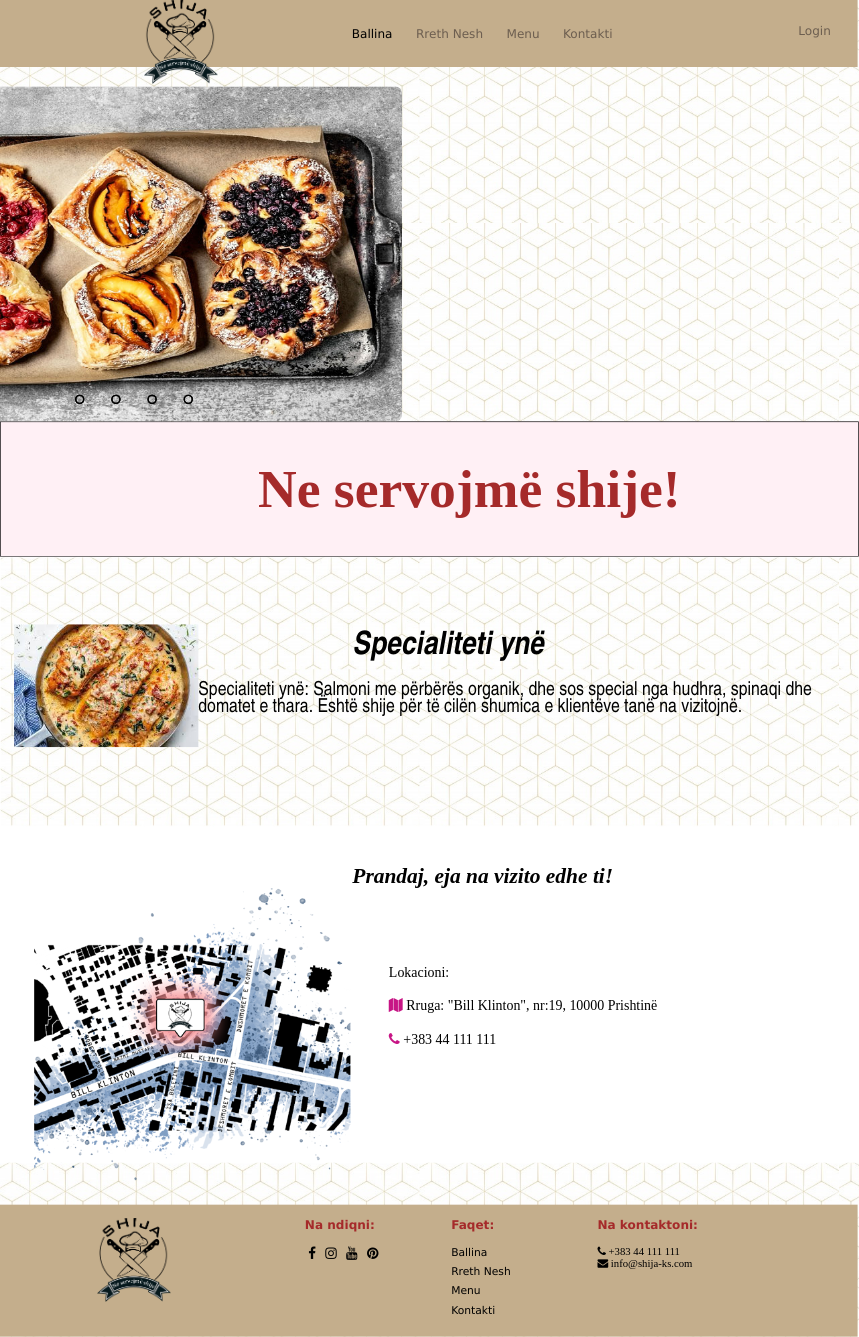
Repository: bs47892/ProjektiWeb-Shija2020
Page: shija.html
The author's editor kept a copy of each file at every save. The page is drawn from the files as they stood at one save, then again after the next save.
The browser window is 1280 px wide. The page is 1282 px wide, so the pictures cover 1282 px, including what lies to the right of the window. The pictures show the whole page, at 67% of full size.

Above is the page before, as saved 2021-02-11 23:12:07.

### shija.html
<!DOCTYPE html>
<html lang="en" dir="ltr">
    <head>
        <meta charset="utf-8">
<title> Restaurant Shija </title>
<link rel="stylesheet" type="text/css" href ="style.css">
<link rel="stylesheet" href="https://stackpath.bootstrapcdn.com/font-awesome/4.7.0/css/font-awesome.min.css">
    </head>
    <body>
       <header class="header">
           <div class ="container">
               <div class="logo">
            <img src="images/logo-png.png" alt="llogo" width="110" height="125"/>
               </div>
           <nav>
            <ul>
                <li><a href="shija.html" class="underline active">Ballina</a></li>
                <li><a href="RrethNesh.html" class="underline">Rreth Nesh</a></li>
                <li><a href="menu.html" class="underline">Menu</a></li>
                <li><a href="kontakti.html" class="underline">Kontakti</a></li>
            </ul>
            </nav>
            <li><a href="login/login.html" class="rightlog">Login</a></li>


           </div>
        </header>
 <!--********************Ketu perfundon tagu per header*****************************-->
 <!--ketu fillon slideri-->
<div class="slider">
    <dic class="slides">
        <input type="radio" name="radio-btn" id="radio1">
        <input type="radio" name="radio-btn" id="radio2">
        <input type="radio" name="radio-btn" id="radio3">
        <input type="radio" name="radio-btn" id="radio4">


        <div class="slide first">
            <img src="images/7.jpg" alt="">
        </div>
        <div class="slide">
            <img src="images/6.jpg" alt="">
        </div>
        <div class="slide">
            <img src="images/3.jpg" alt="">
        </div>
        <div class="slide">
            <img src="images/4.jpg" alt="">
        </div>
        <dic class="navigation-auto">
            <div class="auto-btn1"></div>
            <div class="auto-btn2"></div>
            <div class="auto-btn3"></div>
            <div class="auto-btn4"></div>


        </dic>

        <div class="navigation-manual">
            <label for="radio1" class="manual-btn"></label>
            <label for="radio2" class="manual-btn"></label>
            <label for="radio3" class="manual-btn"></label>
            <label for="radio4" class="manual-btn"></label>

        </div>
</div>
<script type="text/javascript">
var counter=1;
setInterval(function(){
    document.getElementById('radio'+ counter).checked=true;
    counter++;
    if(counter>4){
        counter=1;
    }
},5000);
</script>
<!--ketu perfundon slideri-->
<!--ketu fillon text box sllogani-->
<div class="sllogani">
<h1>Ne servojmë shije!</h1>
</div>
<!--ketu perfundon text box sllogani-->
<!--specialiteti-->
<div class="specialiteti">
<img src="images/download.jpg">
<h1>Specialiteti ynë</h1>
<p>Specialiteti ynë: Salmoni me përbërës organik, dhe sos special nga hudhra, spinaqi dhe domatet e thara. Është shije për të cilën shumica e klientëve tanë na vizitojnë.</p>
</div>
<!--/specialiteti-->
<!--ketu fillon fotoja e lokacionit e lokacionit-->
<div class="lokacioni">
    <h1>Prandaj, eja na vizito edhe ti!</h1>
    <img src="images/Untitled-1.png">
    <p>Lokacioni:
     <br><i class="fa fa-map"></i> Rruga: "Bill Klinton", nr:19, 10000 Prishtinë
      <br><i class="fa fa-phone"></i> +383 44 111 111
    </p>

</div>
<!--ketu perfundon fotoja e lokacionit-->
<!--**************************Ketu fillon footeri**********************************-->
<footer class="footer">
    <div class="inner_footer">
        <div class="logo">
            <img src="images/logo-png.png" alt="llogo" width="110" height="125"/>
        </div>
        <div class ="footer_third">

            <h3>Na ndiqni: </h3>
            <p>

            </p>
            <div class="socials">
            <ul>
            <li><a href="#"><i class="fa fa-facebook"></i></a></li>
            <li><a href="#"><i class="fa fa-instagram"></i></a></li>
            <li><a href="#"><i class="fa fa-youtube"></i></a></li>
            <li><a href="#"><i class="fa fa-pinterest"></i></a></li>
            </ul>
            </div>
        </div>
        <div class ="footer_third">
            <h3>Faqet: </h3>
            <p>

            </p>
            <div class="menu">
            <ul>
                <li><a href="shija.html">Ballina</a></li>
                <li><a href="RrethNesh.html">Rreth Nesh</a></li>
                <li><a href="menu.html">Menu</a></li>
                <li><a href="kontakti.html">Kontakti</a></li>
            </ul>
            </div>
            </div>

        <div class ="footer_third">
            <h3>Na kontaktoni: </h3>
            <p>

            </p>
            <div class="kontakti">
                <i class="fa fa-phone"> +383 44 111 111</i>
            <i class ="fa fa-envelope"> info@shija-ks.com</i>
            </div>
        </div>





    </footer>
    </body>
</html>

### style.css
*{
    margin:0;
    padding:0;
    list-style: none;
    text-decoration: none;
}
body{
    background-image:url(images/mainbackground.jpg);
}


header{
    min-height: 100px;
    background-color: rgb(196, 174, 140);
}
.logo {

    float:left;
    padding: 0 200px 0 215px;

}
nav ul li{
    float: left;
    line-height: 100px; /*text in the center*/
    padding-right: 15px;
}

nav ul li a{
    display: block;
    font-size: 18px;
    font-family:Verdana, Geneva, Tahoma, sans-serif;
    color:rgba(44, 37, 37, 0.582);
    padding: 0px 20px 1px 0px;

}

nav ul li a:hover{
    color:rgb(0, 0, 0);
}

.underline {
    display: inline;
    position: relative;
    user-select: none;
}



.underline::before {
    content: '';
    position: absolute;
    width: 100%;
    transform: scaleX(0);
    height: 3px;
    bottom: 0;
    left: 0;
    background-color: #000000c4;
    transform-origin: center;
    transition: transform 0.30s ease-out;
}
.underline:hover::before {
    transform: scaleX(1);
    transform-origin: center;
}

.active {
    color: black;
}
footer{
    position: relative;;    /*rreshti 47 dhe 48 e definojne poziten e footerit*/
    bottom: 0;
    width: 100vw;
    display: block;
    overflow: hidden;
    padding: 20px 0;
    box-sizing: border-box;
    background-color: rgb(196, 174, 140);
}
.inner_footer{
    display: block;
    margin: 0 auto;
    width: 1100px;
}
.inner_footer .logo{
   padding-left: 5%;

}
.inner_footer .footer_third{

  width: calc(21.666666667% - 20px);
  display: inline;
    float:left;
    height:100%
}
.inner_footer .footer_third:last-child{
    margin-right:0;
}
.inner_footer .footer_third h3{
    font-family: Verdana, Geneva, Tahoma, sans-serif;
    font-size:18px;
    color: brown;
    display:block;
    width: 100%;
    margin-bottom:20px;
}
.inner_footer .footer_third .socials a{
    font-family: Verdana, Geneva, Tahoma, sans-serif;

    display:block;
    color: black;
    font-weight:200;
    width: 100%;
    padding-bottom:20px;
}
.inner_footer .footer_third .socials li{
    display: inline-block;
    padding: 0 5px;
    font-size: 20px;
}
.inner_footer .footer_third .menu a{
    font-family:Verdana, Geneva, Tahoma, sans-serif;
    display:block;
    color: black;
    padding-bottom:10px;
}

.rightlog {
    float: right;
    display: block;
    font-size: 18px;
    font-family:Verdana, Geneva, Tahoma, sans-serif;
    color:rgba(44, 37, 37, 0.582);
    padding: 35px 40px 35px 35px;
}

.rightlog:hover {
    color: black;
}
/*main page (slider)*/
.slider{


    transform: translate(-25%, 0%);
       width:800px;
       height:500px;
       border-radius: 10px;
       overflow:hidden;

   }
   .slides{
       width:500%;
       height: 500px;
       display: flex;
   }
   .slides input{
       display: none;
   }
   .slide{
       width:20%;
       transition: 2s;
   }
   .slide img{
       width:800px;
       height:500px;
   }
   .navigation-manual{
   position: absolute;
   width:800px;
   margin-top: 460px;
   display: flex;
   justify-content: center;

   }
   .manual-btn{
       border:2px solid black;
       padding: 5px;
       border-radius: 10px;
       cursor:pointer;
       transition:1s;
   }
   .manual-btn:not(:last-child){
       margin-right: 40px;
   }
   .manual-btn:hover{
       background-color: black;

   }
   #radio1:checked ~ .first{
       margin-left:0;
   }
   #radio2:checked ~ .first{
       margin-left:-20%;
   }
   #radio3:checked ~ .first{
       margin-left:-40%;
   }
   #radio4:checked ~ .first{
       margin-left:-60%;
   }
   .navigation-auto{
       position: absolute;
       display: flex;
       width:800px;
       justify-content: center;
       margin-top: 460px;
   }
   .navigation-auto div{
       border:2px solid black;
       padding:5px;
       border-radius:10px;
       transition: 1s;
   }
   .navigation-auto div:not(:last-child){
       margin-right: 40px;
   }
   #radio:checked ~ .navigation-auto.auto-btn1{
       background: black;
   }
   #radio:checked ~ .navigation-auto.auto-btn2{
       background: black;
   }
   #radio:checked ~ .navigation-auto.auto-btn3{
       background: black;
   }
   #radio:checked ~ .navigation-auto.auto-btn4{
       background: black;
   }
   /*main slider perfundon ketu*/

   /*sllogani*/
   .sllogani{
       display:block;
       border:1px solid black;
       height: 200px;
       width: 100%;
       background-color:lavenderblush;
   }
   .sllogani h1{
      font-size: 500%;
      font-family:Brush Script MT, Brush Script Std, cursive;
      color: brown;
      margin-top: 50px;
      margin-left: 30%;

   }
   /*perfundoi sllogani*/
   /*specialitet*/
   .specialiteti{
       display: block;
       border:1px solid white;
       height: 400px;
       width:100%;

   }
   .specialiteti img{
       float:left;
       margin-top:100px;
       margin-left: 20px;
       size: 275, 153;
   }
   .specialiteti h1{
       font-size: 300%;
       margin-top: 100px;
       font-family:Arial Narrow, sans-serif;
       font-style: italic;
   }
   .specialiteti p{
       font-size: 180%;
       margin-top: 25px;
       margin-right: 50px;
       font-family:Arial Narrow, sans-serif;
   }
   /*perfundon specialiteti*/
   .lokacioni{
    display: block;
    border:1px solid white;
    height: 500px;
    width:100%;
    background-color: white;

   }
.lokacioni img{
 float: left;
 margin-left: 50px;
}
.lokacioni h1{

    font-style: italic;
    margin-top: 50px;
}
.lokacioni p{
float: right;
margin-right: 300px;
margin-top:100px;
font-size: 130%;
line-height: 50px;
}
.lokacioni p i{
    color:mediumvioletred;
}

/* Rreth nesh */
.body02 {
    background-image:url(images/rrethdesc.png);
    height: 600px;
    width: 1536px;
}
.about-section{
    font-family: Verdana, Geneva, Tahoma, sans-serif;
}

.inner-container{
    height: 400px;
    font-family: 'Poppins', sans-serif;
}

.inner-container h1{
    font-size: 30px;
    font-weight: 900;
}

.text{
    font-size: 20px;
    color: #545454;
    line-height: px;
    text-align: justify;

}

h1 {
    margin-left: 41%;
    padding-top: 5px;
}

h2 {
    padding-top: 50px;
    padding-left: 30px;
}

p {
    line-height: 24px;
}

/*Menu fillon ketu*/


/*Contact Form fillon ketu*/

.containerc {
    max-width: 700px;
    width: 100%;
    margin: 0% 30% 30% 28% ;
    position: relative;
  }

  #contact input[type="text"],
  #contact input[type="email"],
  #contact input[type="tel"],
  #contact input[type="url"],
  #contact textarea,
  #contact button[type="submit"] {
    font: 400 12px/16px "Roboto", Helvetica, Arial, sans-serif;
  }

  #contact {
    background: #F9F9F9;
    padding: 25px;
    margin: 150px 0;
    box-shadow: 0 0 20px 0 rgba(0, 0, 0, 0.2), 0 5px 5px 0 rgba(0, 0, 0, 0.24);
  }

  #contact h3 {
    display: block;
    font-size: 40px;
    font-weight: 300;
    margin-bottom: 10px;
    text-align:center;
    font-family: Fjalla One, sans-serif;
  }

  #contact h4 {
    margin: 5px 0 15px;
    display: block;
    font-size: 13px;
    font-weight: 400;
    text-align: center;
    font-family: Fjalla One, sans-serif;
  }

  fieldset {
    border: medium none !important;
    margin: 0 0 10px;
    min-width: 100%;
    padding: 0;
    width: 100%;
  }

  #contact input[type="text"],
  #contact input[type="email"],
  #contact input[type="tel"],
  #contact input[type="url"],
  #contact textarea {
    width: 100%;
    border: 1px solid #ccc;
    background: #FFF;
    margin: 0 0 5px;
    padding: 10px;
    font-family: Arial, Helvetica, sans-serif;
  }

  #contact input[type="text"]:hover,
  #contact input[type="email"]:hover,
  #contact input[type="tel"]:hover,
  #contact input[type="url"]:hover,
  #contact textarea:hover {
    -webkit-transition: border-color 0.3s ease-in-out;
    -moz-transition: border-color 0.3s ease-in-out;
    transition: border-color 0.3s ease-in-out;
    border: 1px solid #aaa;
    font-family: Arial, Helvetica, sans-serif;
  }

  #contact textarea {
    height: 100px;
    max-width: 100%;
    resize: none;
  }

  #contact button[type="submit"] {
    cursor: pointer;
    width: 100%;
    border: none;
    background: #000000e1;
    color: rgb(255, 255, 255);
    margin: 0 0 5px;
    padding: 10px;
    font-size: 15px;
    border: 3px solid black;
    border-radius: 10px;
  }

  #contact button[type="submit"]:hover {
    background: rgba(255, 255, 255, 0);
    color: rgb(11, 59, 11);
    border: 3px solid black;
    -webkit-transition: background 1s ease-in-out;
    -moz-transition: background 1s ease-in-out;
    transition: background-color 1s ease-in-out;
  }

  #contact button[type="submit"]:active {
    box-shadow: inset 0 1px 3px rgb(126, 0, 0);
  }

  .copyright {
    text-align: center;
  }

  .aboutlink {
    font-size: 18px;
    color: #000000;
  }

  .aboutlink:hover {
    font-size: 18.9px;
  }

  #contact input:focus,
  #contact textarea:focus {
    outline: 0;
    border: 1px solid #aaa;
  }

  ::-webkit-input-placeholder {
    color: #888;
  }

  :-moz-placeholder {
    color: #888;
  }

  ::-moz-placeholder {
    color: #888;
  }

  :-ms-input-placeholder {
    color: #888;
  }

  /*main page (slider)
.slider{


 transform: translate(-25%, 0%);
    width:800px;
    height:500px;
    border-radius: 10px;
    overflow:hidden;

}
.slides{
    width:500%;
    height: 500px;
    display: flex;
}
.slides input{
    display: none;
}
.slide{
    width:20%;
    transition: 2s;
}
.slide img{
    width:800px;
    height:500px;
}
.navigation-manual{
position: absolute;
width:800px;
margin-top: 460px;
display: flex;
justify-content: center;

}
.manual-btn{
    border:2px solid black;
    padding: 5px;
    border-radius: 10px;
    cursor:pointer;
    transition:1s;
}
.manual-btn:not(:last-child){
    margin-right: 40px;
}
.manual-btn:hover{
    background-color: black;

}
#radio1:checked ~ .first{
    margin-left:0;
}
#radio2:checked ~ .first{
    margin-left:-20%;
}
#radio3:checked ~ .first{
    margin-left:-40%;
}
#radio4:checked ~ .first{
    margin-left:-60%;
}
.navigation-auto{
    position: absolute;
    display: flex;
    width:800px;
    justify-content: center;
    margin-top: 460px;
}
.navigation-auto div{
    border:2px solid black;
    padding:5px;
    border-radius:10px;
    transition: 1s;
}
.navigation-auto div:not(:last-child){
    margin-right: 40px;
}
#radio:checked ~ .navigation-auto.auto-btn1{
    background: black;
}
#radio:checked ~ .navigation-auto.auto-btn2{
    background: black;
}
#radio:checked ~ .navigation-auto.auto-btn3{
    background: black;
}
#radio:checked ~ .navigation-auto.auto-btn4{
    background: black;
}
*/

After the next save:
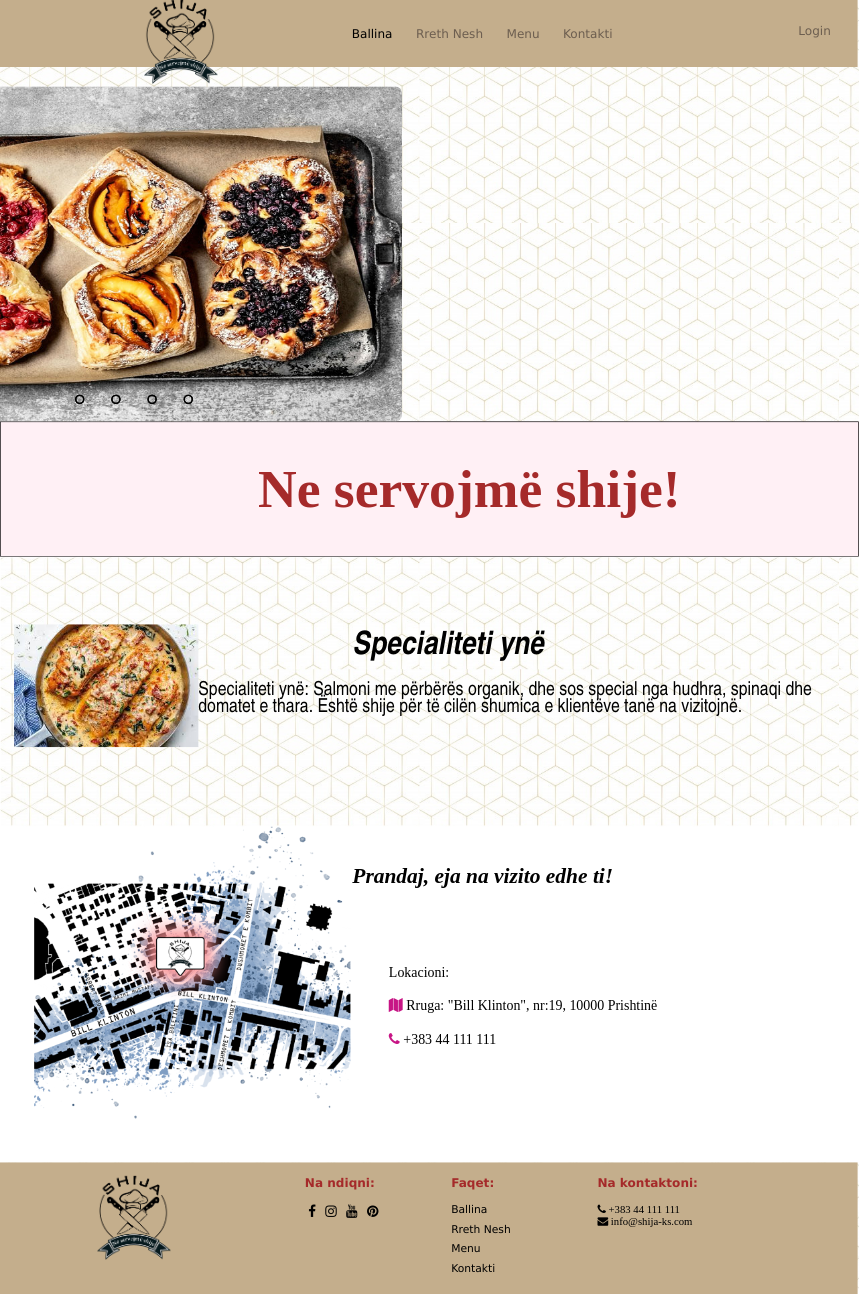
Saved 31 s later.
--- a/shija.html
+++ b/shija.html
@@ -89,8 +89,9 @@ setInterval(function(){
 <!--/specialiteti-->
 <!--ketu fillon fotoja e lokacionit e lokacionit-->
 <div class="lokacioni">
+
+    <img src="images/Untitled-1.png">
     <h1>Prandaj, eja na vizito edhe ti!</h1>
-    <img src="images/Untitled-1.png">
     <p>Lokacioni:
      <br><i class="fa fa-map"></i> Rruga: "Bill Klinton", nr:19, 10000 Prishtinë
       <br><i class="fa fa-phone"></i> +383 44 111 111
